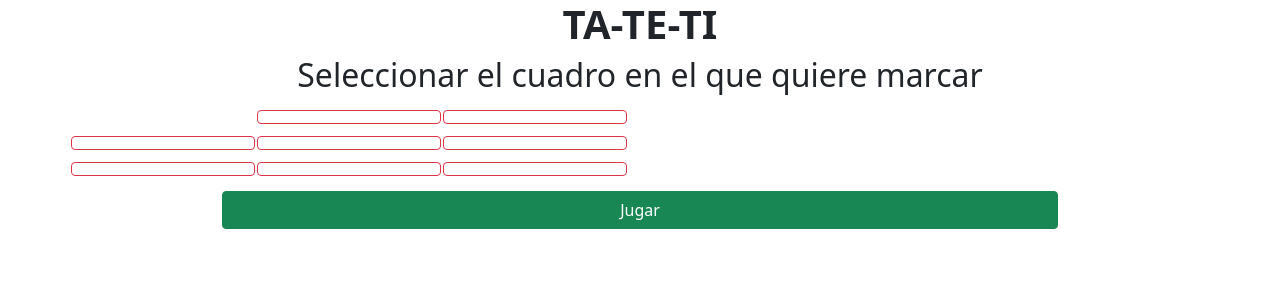
Repository: Lean97-start/TATETI
Page: Tateti.html
These files come from the project's save history. The page is drawn as it stood at one moment and after the next save; the edit follows.
The browser window is 1280 px wide. The pictures show the whole page.

Above is the page before, as saved 2021-07-11 22:31:34.
Console error: SyntaxError: Unexpected token ')'

### Tateti.html
<!DOCTYPE html>
<html lang="en">
<head>
    <meta charset="UTF-8">
    <link rel="stylesheet" type="text/css" href="Tateti.css">
    <link rel="stylesheet" href="Tateti.js">
    <link rel="stylesheet" type="text/css" href="https://necolas.github.io/normalize.css/8.0.1/normalize.css">
    <title>TATETI</title>
    <link href="https://cdn.jsdelivr.net/npm/bootstrap@5.0.2/dist/css/bootstrap.min.css" rel="stylesheet" integrity="sha384-EVSTQN3/azprG1Anm3QDgpJLIm9Nao0Yz1ztcQTwFspd3yD65VohhpuuCOmLASjC" crossorigin="anonymous">
</head>
<body>
    <div class="container">
        <H1 class="fw-bold">TA-TE-TI</H1>
        <H2 class="fw-normal">Seleccionar el cuadro en el que quiere marcar</H2>

            <div class="row w-50 h-50 bg-white">
                <table class="">
                    <tr>
                        <td><button class="btn  w-100 h-100" id="11"></button></td>
                        <td><button class="btn btn-outline-danger w-100 h-100" id="21"></button></td>
                        <td><button class="btn btn-outline-danger w-100 h-100" id="31"></button></td>
                    </tr>
                    <tr>
                        <td><button class="btn btn-outline-danger w-100 h-100" id="12"></button></td>
                        <td><button class="btn btn-outline-danger w-100 h-100" id="22"></button></td>
                        <td><button class="btn btn-outline-danger w-100 h-100" id="32"></button></td>
                    </tr>
                    <tr>
                        <td><button class="btn btn-outline-danger w-100 h-100" id="13"></button></td>
                        <td><button class="btn btn-outline-danger w-100 h-100" id="23"></button></td>
                        <td><button class="btn btn-outline-danger w-100 h-100" id="33"></button></td>
                    </tr>
                </table>
            </div>
            <div class="row">
                <div class="btn ">
                    <button type="button" class="btn btn-success my-1 w-75" id="btn-jugar">Jugar</button>
                </div>
            </div>

        </div>
    <script src="Tateti.js"></script>
    <script src="https://cdn.jsdelivr.net/npm/bootstrap@5.0.2/dist/js/bootstrap.bundle.min.js" integrity="sha384-MrcW6ZMFYlzcLA8Nl+NtUVF0sA7MsXsP1UyJoMp4YLEuNSfAP+JcXn/tWtIaxVXM" crossorigin="anonymous"></script>
</body>
</html>

### Tateti.css
h1{
    font-size: 55px;
    text-align: center;
}
h2{
    font-size: 30px;
    text-align: center;
}
.cuadro{
    /* border: 5px teal solid;
    background: grey; */
    position: relative;
    height: 200px;
    width: 20px;
    margin: auto;
}
.entradas{
    text-align: center;
    font-family: Arial, Helvetica, sans-serif;
    font-size: 60px;
    height: 80px;
    width: 80px;
    box-sizing: border-box;

}

### Tateti.js
let var1, var2, var3,var4, var5,var6 = undefined
function mostrar(){
    let prueba = document.getElementById('v1');
    alert(prueba);
}
function jugarTurno (){
    if(){

    }
    else if (var1 != undefined || var2 != undefined || var3 != undefined ||var4 != undefined ||var5 != undefined || var6 != undefined ){

    }


}

After the next save:
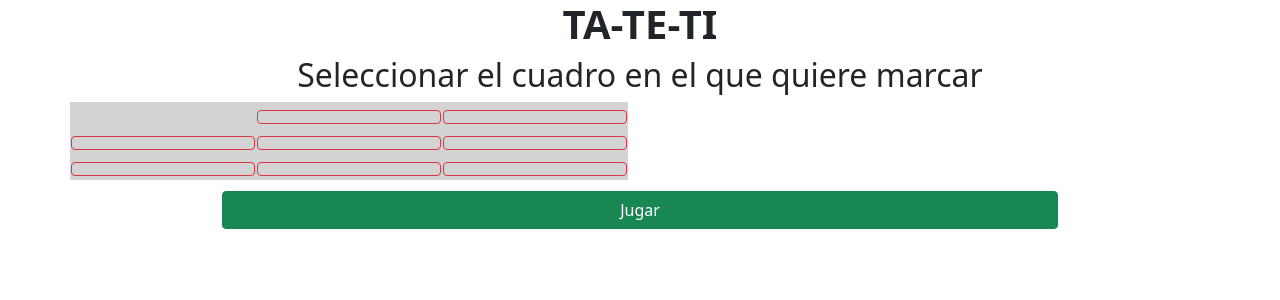
Saved 6 s later.
--- a/Tateti.html
+++ b/Tateti.html
@@ -14,7 +14,7 @@
         <H2 class="fw-normal">Seleccionar el cuadro en el que quiere marcar</H2>
 
             <div class="row w-50 h-50 bg-white">
-                <table class="">
+                <table class="alert-dark">
                     <tr>
                         <td><button class="btn  w-100 h-100" id="11"></button></td>
                         <td><button class="btn btn-outline-danger w-100 h-100" id="21"></button></td>

After the save that followed:
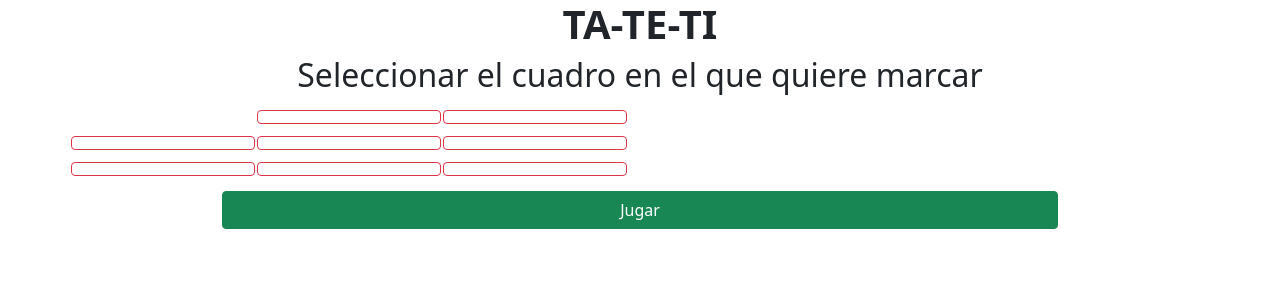
Saved 7 s later.
--- a/Tateti.html
+++ b/Tateti.html
@@ -14,7 +14,7 @@
         <H2 class="fw-normal">Seleccionar el cuadro en el que quiere marcar</H2>
 
             <div class="row w-50 h-50 bg-white">
-                <table class="alert-dark">
+                <table class="bg">
                     <tr>
                         <td><button class="btn  w-100 h-100" id="11"></button></td>
                         <td><button class="btn btn-outline-danger w-100 h-100" id="21"></button></td>
